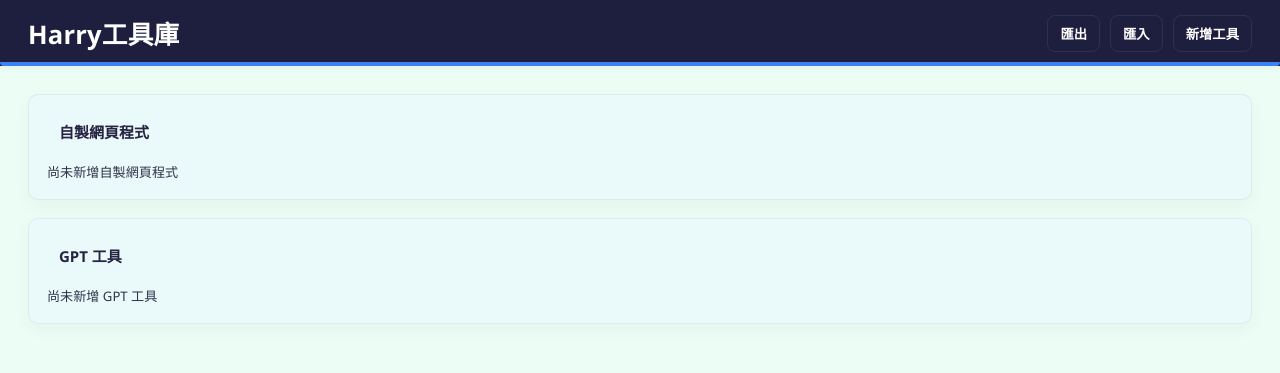
Repository: Harry985991/bmcvibecoding
Page: personal_tool_portal.html
An editor plug-in stored every save of this project. The page is shown before and after the next save, followed by the edit.
The browser window is 1280 px wide. The pictures show the whole page.

Above is the page before, as saved 2025-08-22 23:29:10.

After the next save:
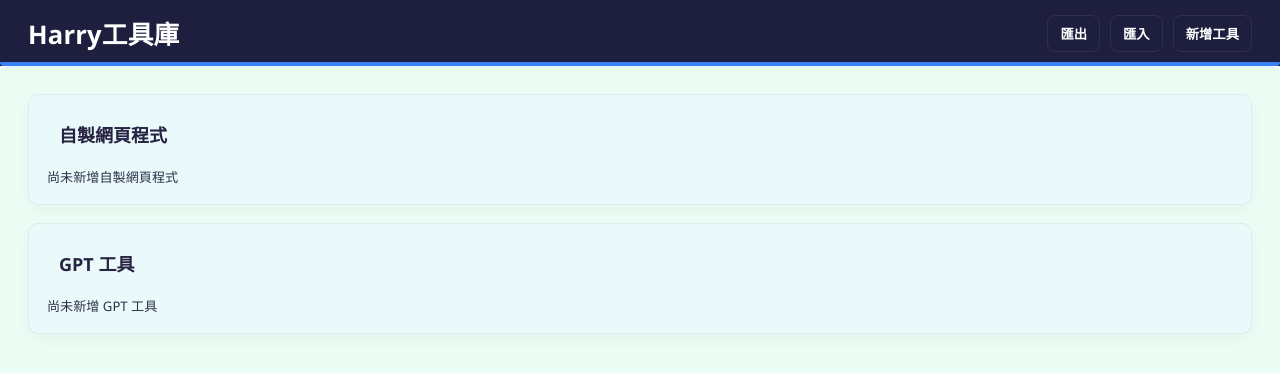
Saved 2 min 33 s later.
--- a/personal_tool_portal.html
+++ b/personal_tool_portal.html
@@ -123,9 +123,9 @@ main {
 }
 .section h2 {
   margin: 0 0 12px 0;
-  font-size: 15px;              /* 區塊標題 14~16px */
+  font-size: 18px;              /* 調整為 18px 並加粗 */
   color: var(--primary);
-  font-weight: 700;             /* 粗體 */
+  font-weight: 700;
   padding: 8px 12px;
   display: inline-block;
   background: rgba(255,255,255,0.0);
@@ -184,8 +184,8 @@ main {
   color: var(--primary);
   padding: 8px 12px;
   border-radius: 999px;
-  font-size: 17px;              /* 工具名稱 16~18px */
-  font-weight: 600;             /* 半粗體 */
+  font-size: 18px;              /* 工具名稱 18px */
+  font-weight: 700;             /* 粗體 */
   line-height: 1;
   box-shadow: inset 0 -1px 0 rgba(0,0,0,0.02);
 }
@@ -193,7 +193,7 @@ main {
 /* description */
 .card p {
   font-size: 13px;              /* 說明文字 12~14px */
-  color: #E5E5E5;               /* 淡一些的文字顏色 */
+  color: #9CA3AF;               /* 更新為指定的淡色 */
   margin: 8px 0 12px 0;
   flex-grow: 1;
 }
